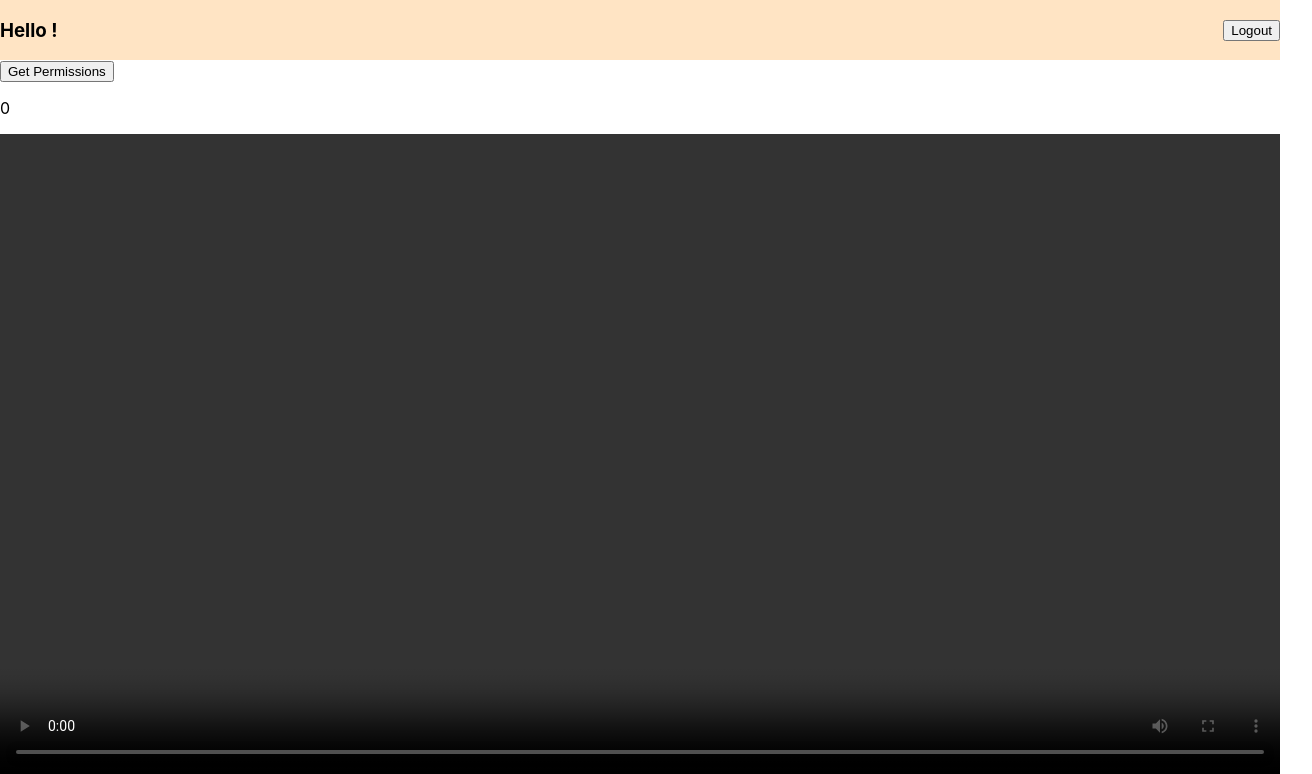
Repository: drumsmanku/test-1
Page: /recording (app in client/)
An editor plug-in stored every save of this project. The page is shown before and after the next save, followed by the edit.
The browser window is 1280 px wide. The page is 1280 px wide, then 1312 px, then 1280 px, so the pictures cover 1312 px, including what lies to the right of the window. The pictures show the whole page.
The project was rebuilt for these pictures with package versions that can differ from the ones it lists, and the page was loaded fresh each time. Also part of the build but not shown: client/src/App.css, client/src/Components/Login/Login.module.css, client/src/Components/Login/Login.js, client/src/Components/Register/Register.module.css, client/src/Components/Register/Register.js.

Above is the page before, as saved 2023-08-31 19:08:48.

After the next save:
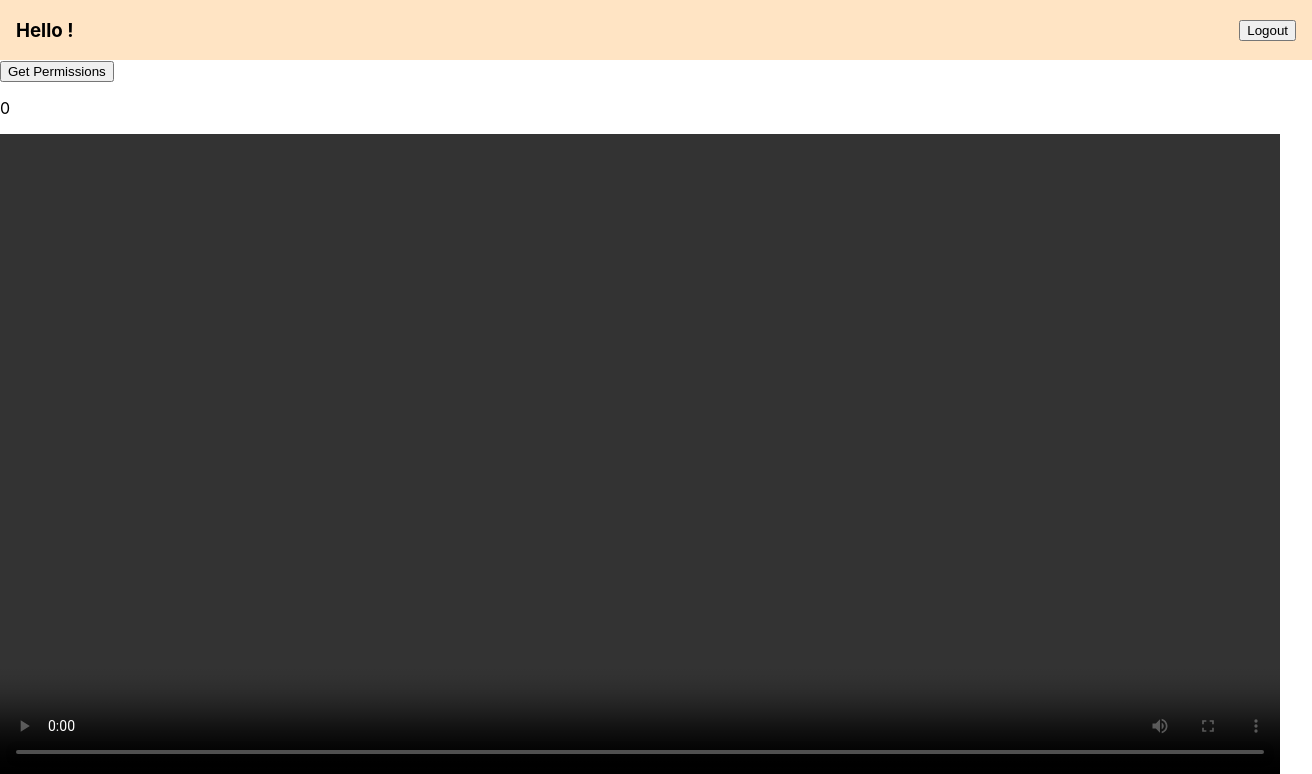
Saved 17 s later.
--- a/client/src/Components/Recording/Recording.module.css
+++ b/client/src/Components/Recording/Recording.module.css
@@ -11,6 +11,7 @@
   display: flex;
   justify-content: space-between;
   align-items: center;
+  padding: 0 1rem 0 1rem;
 }
 .bottomBody{
   height: 90%;

After the 2 saves that followed:
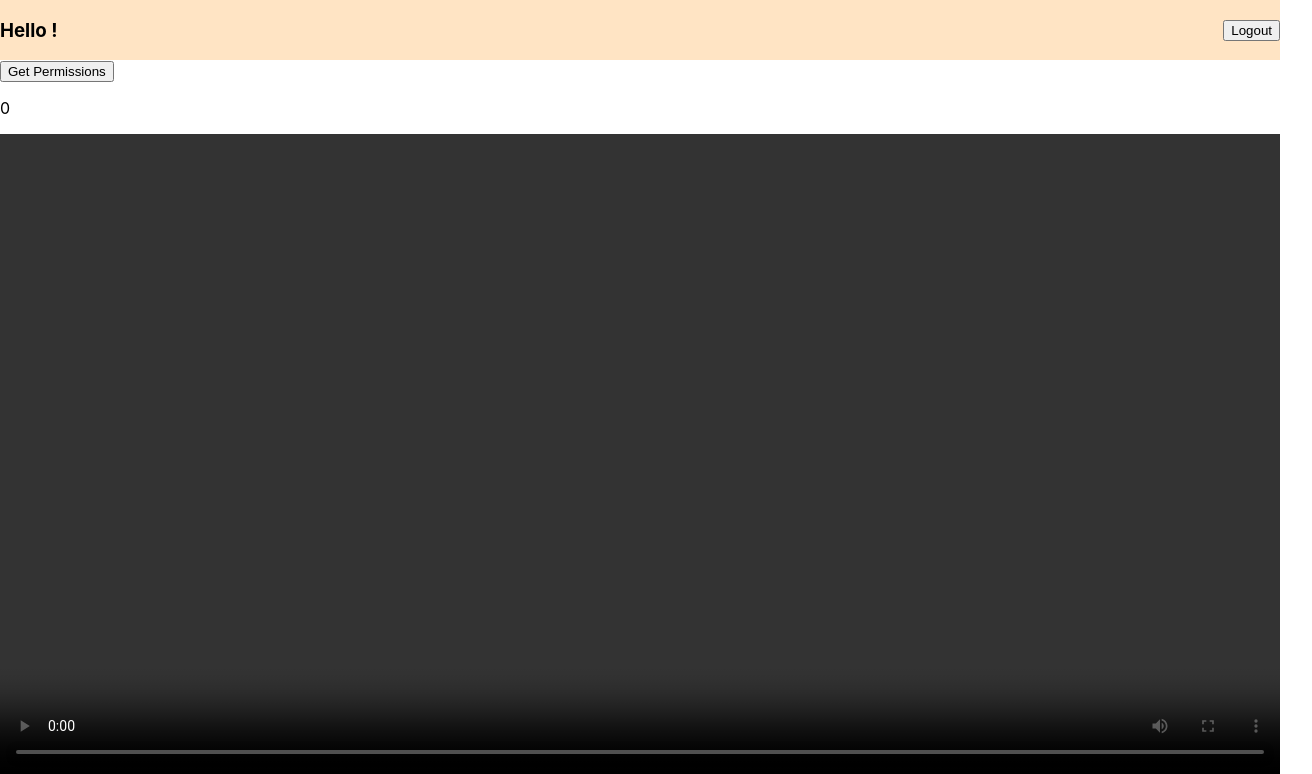
The 2 saves are shown as one change because 1 left the picture as it was.
The last was saved 38 s later.
--- a/client/src/Components/Recording/Recording.module.css
+++ b/client/src/Components/Recording/Recording.module.css
@@ -11,7 +11,6 @@
   display: flex;
   justify-content: space-between;
   align-items: center;
-  padding: 0 1rem 0 1rem;
 }
 .bottomBody{
   height: 90%;
